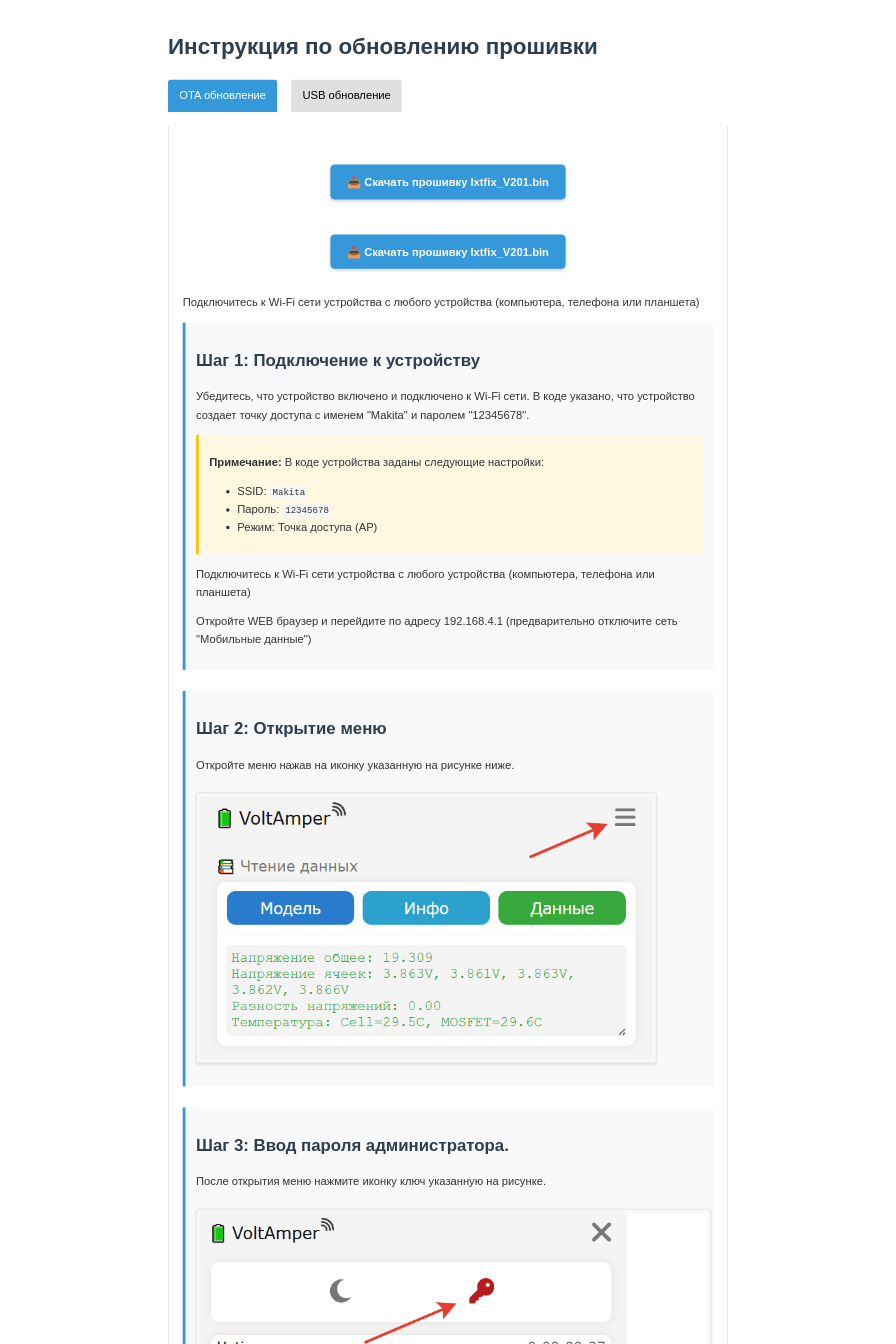
Repository: NikElectronics/ELIXStoFIX
Page: firmware.html
An editor plug-in stored every save of this project. The page is shown before and after the next save, followed by the edit.
The browser window is 1280 px wide. The pictures show the part of the page from y = 0 to 1920 px (the page is 5701 px tall), at 70% of full size.

Above is the page before, as saved 2026-01-19 05:04:31.

### firmware.html
<!DOCTYPE html>
<html lang="ru">

<head>
    <meta charset="UTF-8">
    <meta name="viewport" content="width=device-width, initial-scale=1.0">
    <title>Инструкция по обновлению прошивки</title>
    <style>
        body {
            font-family: Arial, sans-serif;
            line-height: 1.6;
            max-width: 800px;
            margin: 0 auto;
            padding: 20px;
            color: #333;
        }

        h1,
        h2,
        h3 {
            color: #2c3e50;
        }

        .step {
            margin-bottom: 30px;
            padding: 15px;
            border-left: 4px solid #3498db;
            background-color: #f8f9fa;
        }

        .screenshot {
            max-width: 100%;
            border: 1px solid #ddd;
            border-radius: 4px;
            padding: 5px;
            margin: 10px 0;
            box-shadow: 0 2px 4px rgba(0, 0, 0, 0.1);
            cursor: pointer;
            transition: transform 0.3s ease;
        }

        .screenshot:hover {
            transform: scale(1.05);
        }

        /* Стили для модального окна изображения */
        .modal {
            display: none;
            position: fixed;
            z-index: 1000;
            left: 0;
            top: 0;
            width: 100%;
            height: 100%;
            background-color: rgba(0, 0, 0, 0.9);
            backdrop-filter: blur(5px);
        }

        .modal-content {
            display: block;
            margin: auto;
            max-width: 90%;
            max-height: 90%;
            position: absolute;
            top: 50%;
            left: 50%;
            transform: translate(-50%, -50%);
            border-radius: 8px;
        }

        .close {
            position: absolute;
            top: 20px;
            right: 35px;
            color: #fff;
            font-size: 40px;
            font-weight: bold;
            cursor: pointer;
            z-index: 1001;
        }

        .close:hover {
            color: #ccc;
        }

        .note {
            background-color: #fff8e1;
            border-left: 4px solid #ffc107;
            padding: 10px 15px;
            margin: 15px 0;
        }

        .warning {
            background-color: #ffebee;
            border-left: 4px solid #f44336;
            padding: 10px 15px;
            margin: 15px 0;
        }

        code {
            background-color: #f5f5f5;
            padding: 2px 4px;
            border-radius: 3px;
            font-family: monospace;
        }

        .download-btn {
            display: inline-block;
            background-color: #3498db;
            color: white;
            padding: 12px 24px;
            text-decoration: none;
            border-radius: 6px;
            font-weight: bold;
            transition: all 0.3s ease;
            box-shadow: 0 2px 5px rgba(0, 0, 0, 0.2);
            margin: 15px 0;
        }

        .download-btn:hover {
            background-color: #2980b9;
            transform: translateY(-2px);
            box-shadow: 0 4px 8px rgba(0, 0, 0, 0.2);
        }

        .download-btn:active {
            transform: translateY(0);
            box-shadow: 0 2px 3px rgba(0, 0, 0, 0.2);
        }

        .download-container {
            text-align: center;
            margin: 20px 0;
        }

        .tab-btn {
            background-color: #e0e0e0;
            border: none;
            outline: none;
            cursor: pointer;
            padding: 14px 16px;
            font-size: 16px;
            border-radius: 4px 4px 0 0;
            transition: 0.3s;
        }

        .tab-btn.active {
            background-color: #3498db;
            color: white;
        }

        .tab-btn:hover:not(.active) {
            background-color: #bdc3c7;
        }

        .tab-content {
            padding: 20px;
            border: 1px solid #ddd;
            border-top: none;
            border-radius: 0 0 4px 4px;
        }
    </style>
</head>

<body>

    <h1>Инструкция по обновлению прошивки</h1>

    <div style="display: flex; gap: 20px; margin: 20px 0;">
        <button id="otaTab" class="tab-btn active" onclick="showTab('ota')">OTA обновление</button>
        <button id="usbTab" class="tab-btn" onclick="showTab('usb')">USB обновление</button>
    </div>

    <div id="otaContent" class="tab-content">

        <div class="download-container" id="downloadSection">
            <a href="files/lxtfix_V201.bin" download class="download-btn">
                📥 Скачать прошивку lxtfix_V201.bin
            </a>
        </div>
                <div class="download-container" id="downloadSection">
            <a href="files/lxtfix_V3.0(XGT).bin" download class="download-btn">
                📥 Скачать прошивку lxtfix_V201.bin
            </a>
        </div>

        <p>Подключитесь к Wi-Fi сети устройства с любого устройства (компьютера, телефона или планшета)</p>

        <div class="step">
            <h2>Шаг 1: Подключение к устройству</h2>
            <p>Убедитесь, что устройство включено и подключено к Wi-Fi сети. В коде указано, что устройство создает
                точку
                доступа с именем "Makita" и паролем "12345678".</p>
            <div class="note">
                <p><strong>Примечание:</strong> В коде устройства заданы следующие настройки:</p>
                <ul>
                    <li>SSID: <code>Makita</code></li>
                    <li>Пароль: <code>12345678</code></li>
                    <li>Режим: Точка доступа (AP)</li>
                </ul>
            </div>
            <p>Подключитесь к Wi-Fi сети устройства с любого устройства (компьютера, телефона или планшета)</p>
            <p>Откройте WEB браузер и перейдите по адресу 192.168.4.1 (предварительно отключите сеть "Мобильные данные")
            </p>
        </div>

        <div class="step">
            <h2>Шаг 2: Открытие меню</h2>
            <p>Откройте меню нажав на иконку указанную на рисунке ниже. </p>
            <img src="images/menu.png" alt="Главная страница веб-интерфейса" class="screenshot">
        </div>

        <div class="step">
            <h2>Шаг 3: Ввод пароля администратора.</h2>
            <p>После открытия меню нажмите иконку ключ указанную на рисунке.</p>
            <img src="images/menu_open.png" alt="Главная страница веб-интерфейса" class="screenshot">
            <p>И введите в поле, открывшегося окна Password, пароль LXTFIX (для новых версий) или nik1709 (для старых
                версий)</p>
            <img src="images/password.png" alt="Главная страница веб-интерфейса" class="screenshot">
        </div>

        <div class="step">
            <h2>Шаг 4: Выбор прошивки</h2>
            <p>После ввода правильного пароля иконка ключа станет зеленым и появится иконка ОТА (облако)".</p>
            <p>Нажав на иконку OTA откроется проводник файлов вашего устройства. Найдите и выберите заранее скачанную
                прошивку.</p>
            <img src="images/pass_good.png" alt="Раздел программатора" class="screenshot">
            <div class="note">
                <p><strong>Примечание:</strong> Убедитесь, что файл прошивки имеет правильный формат (обычно .bin) и
                    совместим с вашим устройством.</p>
            </div>
        </div>

        <div class="step">
            <h2>Шаг 5: Загрузка новой прошивки</h2>
            <p>После выбора файла прошивки нажмите кнопку ОК для начала загрузки. </p>
            <img src="images/firmware.png" alt="Интерфейс загрузки прошивки" class="screenshot">
        </div>

        <div class="step">
            <h2>Шаг 6: Процесс обновления</h2>
            <p>При обновлении прошивки иконка облако станет зеленым. Не прерывайте процесс обновления и не отключайте
                питание устройства до появления сообщения "OTA завершено" в нижней части экрана.</p>
            <img src="images/green.png" alt="Процесс обновления прошивки" class="screenshot">
            <div class="warning">
                <p><strong>Внимание:</strong> Прерывание процесса обновления может привести к повреждению прошивки и
                    необходимости физического перепрограммирования устройства!</p>
            </div>
        </div>

        <div class="step">
            <h2>Шаг 7: Завершение обновления</h2>
            <p>После успешной загрузки прошивки устройство обычно перезагружается автоматически. Если этого не
                произошло, вы
                можете перезагрузить устройство вручную с помощью кнопки "Перезагрузить" в веб-интерфейсе или выключив и
                включив питание.</p>
        </div>

        <div class="step">
            <h2>Шаг 8: Проверка новой версии</h2>
            <p>После перезагрузки снова откройте меню и проверьте, что версия прошивки изменилась на новую.</p>
            <img src="images/control.png" alt="Процесс обновления прошивки" class="screenshot">
        </div>

        <div class="note" id="additionalInfo">
            <h3>Дополнительная информация</h3>
            <p>В коде устройства реализована система лицензирования через серийный номер. Если после обновления
                возникают
                проблемы с лицензией, проверьте правильность введенного ключа в разделе программатора. Обратитесь в
                техподдержку.</p>
        </div>

        <div class="warning" id="importantWarnings">
            <h3>Важные предупреждения</h3>
            <ul>
                <li>Под паролем администратора не совершайте иных действий кроме указанных в данной инструкции.</li>
                <li>Убедитесь, что источник прошивки надежный и файл не поврежден</li>
                <li>Не прерывайте процесс обновления</li>
                <li>Убедитесь, что устройство имеет стабильное питание во время обновления</li>
            </ul>
        </div>
    </div>

    <div id="usbContent" class="tab-content" style="display: none;">
        <div class="download-container" id="downloadSectionUsb">
            <a href="files/lxtfix_V201.bin" download class="download-btn">
                📥 Скачать прошивку lxtfix_V201.bin
            </a>
        </div>

        <div class="step">
            <h2>Шаг 1: Подготовка к USB обновлению</h2>
            <p>Для обновления прошивки через USB понадобится:</p>
            <ul>
                <li>USB кабель (micro-USB или USB-C, в зависимости от модели устройства)</li>
                <li>Скачанная прошивка (.bin файл)</li>
                <li>WEB ресурс для прошивки <a href="https://esptool.spacehuhn.com/" target="_blank">ESPWebTool</a></li>
            </ul>
            <div class="note">
                <p><strong>Примечание:</strong> Убедитесь, что у вас установлены драйверы для подключения ESP32 к
                    компьютеру и устройство определяется.</p>
            </div>
        </div>

        <div class="step">
            <h2>Шаг 2: Подключение к прибору</h2>
            <p>Подключите USB кабель к диагностическому модулю.</p>
            <img src="images/usb-connection.png" alt="Подключение устройства через USB" class="screenshot">
        </div>

        <div class="step">
            <h2>Шаг 3: Запуск режима прошивки</h2>
            <img src="images/esp.png" alt="Запуск прошивки" class="screenshot">
            <p>Зажмите кнопку BOOT на плате ESP32 и подайте питание подключив USB кабель к компьютеру, удерживая кнопку.
                После включения питания можно отпустить кнопку.</p>
            <div class="note">
                <p><strong>Примечание:</strong> Устройство должно появиться в диспетчере устройств как COM порт.</p>
            </div>
        </div>

        <div class="step">
            <h2>Шаг 4: Настройка и загрузка прошивки</h2>
            <p>Откройте <a href="https://esptool.spacehuhn.com/" target="_blank">ESPWebTool</a> и настройте параметры:
            </p>
            <ul>
                <li>Нажмите иконку CONNECT</li>
                <img src="images/connect.png" alt="Интерфейс программатора" class="screenshot">
                <li>Из предлагаемого списка com выберите USB JTAG/Serial debug и нажмите Подключение</li>
                <img src="images/JTAG.png" alt="Интерфейс программатора" class="screenshot">
                <li>Нажав иконку SELECT и выберите файл прошивки, который вы скачали ранее </li>
                <img src="images/Select.png" alt="Интерфейс программатора" class="screenshot">
                <li>Нажмите иконку PROGRAM.</li>
                <img src="images/Program.png" alt="Интерфейс программатора" class="screenshot">
                <li>Дождитесь окончания загруки.</li>
            </ul>
            <!-- <img src="images/programmer-tab.jpeg" alt="Интерфейс программатора" class="screenshot"> -->
        </div>

        <!-- <div class="step">
            <h2>Шаг 5: Загрузка прошивки</h2>
            <p>Начните процесс прошивки, нажав кнопку "Start" или "Upload" в программе. Дождитесь завершения процесса.</p>
            <img src="images/programmer-tab.jpeg" alt="Процесс загрузки прошивки" class="screenshot">
            <div class="warning">
                <p><strong>Внимание:</strong> Не отключайте USB кабель и не выключайте устройство до завершения процесса прошивки!</p>
            </div>
        </div> -->

        <div class="step">
            <h2>Шаг 5: Перезагрузка устройства</h2>
            <p>После успешной загрузки прошивки отключите питание устройства и отсоедините USB кабель. Затем снова
                подключите питание, чтобы запустить новую прошивку.</p>
        </div>

        <div class="step">
            <h2>Шаг 6: Проверка новой версии</h2>
            <p>После перезагрузки откройте веб-интерфейс устройства и проверьте, что версия прошивки изменилась на
                новую.</p>
            <img src="images/control.png" alt="Версия прошивки" class="screenshot">
        </div>

        <div class="note" id="additionalInfoUsb">
            <h3>Дополнительная информация</h3>
            <p>Если у вас возникли проблемы с подключением устройства к компьютеру, проверьте наличие и
                работоспособность USB драйверов.</p>
            <p>В коде устройства реализована система лицензирования через серийный номер. Если после обновления
                возникают
                проблемы с лицензией, проверьте правильность введенного ключа в разделе программатора. Обратитесь в
                техподдержку.</p>
        </div>

        <div class="warning" id="importantWarningsUsb">
            <h3>Важные предупреждения</h3>
            <ul>
                <li>Убедитесь, что используете правильный файл прошивки для вашей модели устройства</li>
                <li>Не прерывайте процесс прошивки до его завершения</li>
                <li>Убедитесь, что устройство имеет стабильное питание во время обновления</li>
                <li>Проверьте правильность настроек COM порта и скорости соединения</li>
                <li>Убедитесь, что источник прошивки надежный и файл не поврежден</li>
            </ul>
        </div>
    </div>

    <!-- Модальное окно для изображений -->
    <div class="modal" id="imageModal">
        <span class="close" id="closeModal">&times;</span>
        <img class="modal-content" id="modalImage" src="" alt="">
    </div>

    <script>
        // Функция переключения вкладок
        function showTab(tabName) {
            // Скрыть все содержимое вкладок
            document.getElementById('otaContent').style.display = 'none';
            document.getElementById('usbContent').style.display = 'none';

            // Убрать активный класс со всех кнопок
            document.getElementById('otaTab').classList.remove('active');
            document.getElementById('usbTab').classList.remove('active');

            // Показать выбранную вкладку и сделать кнопку активной
            document.getElementById(tabName + 'Content').style.display = 'block';
            document.getElementById(tabName + 'Tab').classList.add('active');
        }

        // Функция для открытия модального окна с изображением
        function openImageModal(src, alt) {
            const modal = document.getElementById('imageModal');
            const modalImg = document.getElementById('modalImage');
            const closeModal = document.getElementById('closeModal');

            modalImg.src = src;
            modalImg.alt = alt;

            modal.style.display = 'block';

            // Обработчики закрытия
            closeModal.onclick = function () {
                modal.style.display = 'none';
            };

            modal.onclick = function () {
                modal.style.display = 'none';
            };
        }

        // Добавляем функционал для увеличения изображений
        document.addEventListener('click', function (event) {
            // Проверяем, является ли клик по изображению в контейнере
            if (event.target.classList.contains('screenshot')) {
                openImageModal(event.target.src, event.target.alt);
            }
        });

        // Закрытие модального окна при нажатии на клавишу Escape
        document.addEventListener('keydown', function (event) {
            if (event.key === 'Escape') {
                const modal = document.getElementById('imageModal');
                if (modal.style.display === 'block') {
                    modal.style.display = 'none';
                }
            }
        });
    </script>
</body>

</html>

After the next save:
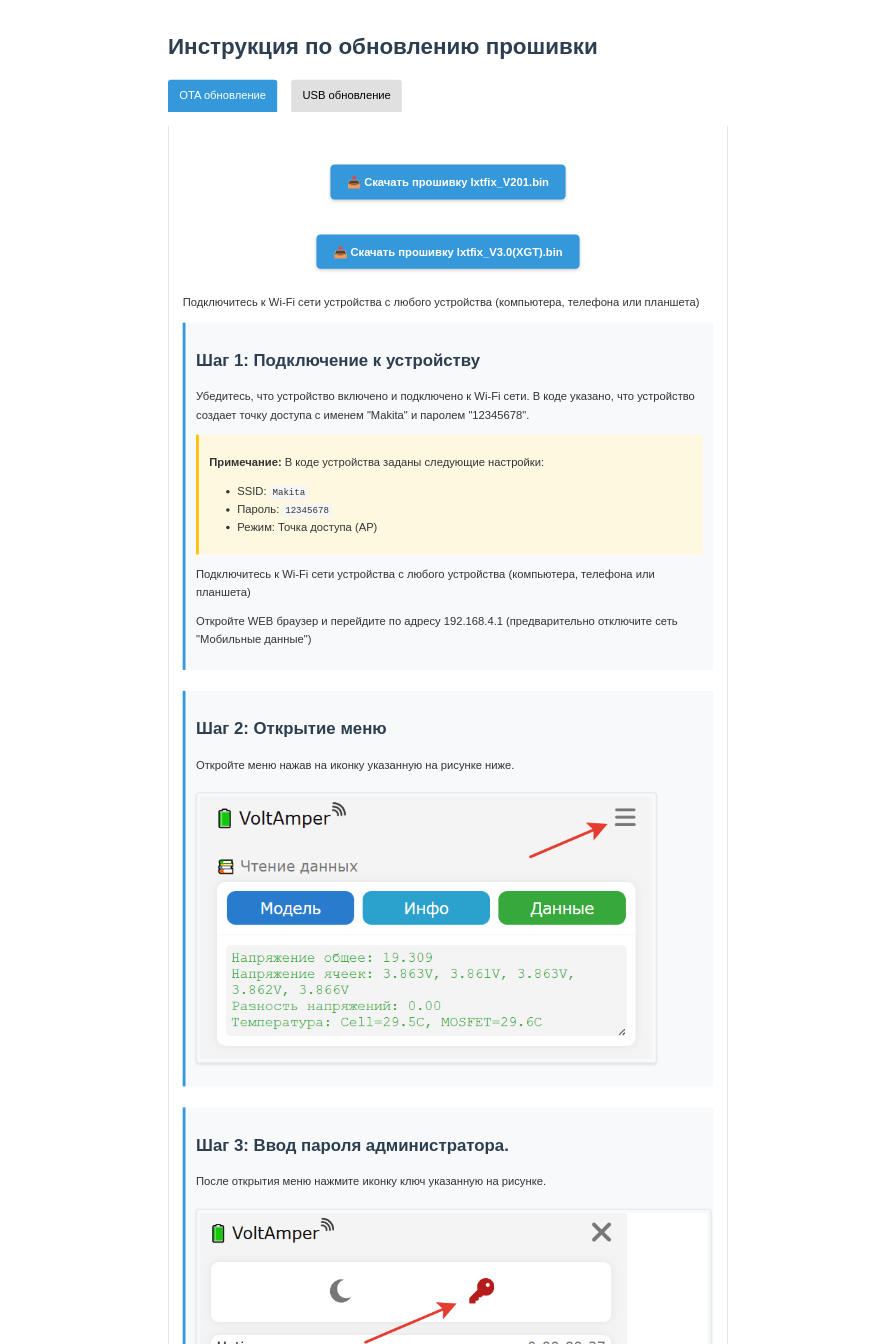
Saved 31 s later.
--- a/firmware.html
+++ b/firmware.html
@@ -180,7 +180,7 @@
         </div>
                 <div class="download-container" id="downloadSection">
             <a href="files/lxtfix_V3.0(XGT).bin" download class="download-btn">
-                📥 Скачать прошивку lxtfix_V201.bin
+                📥 Скачать прошивку lxtfix_V3.0(XGT).bin
             </a>
         </div>
 
